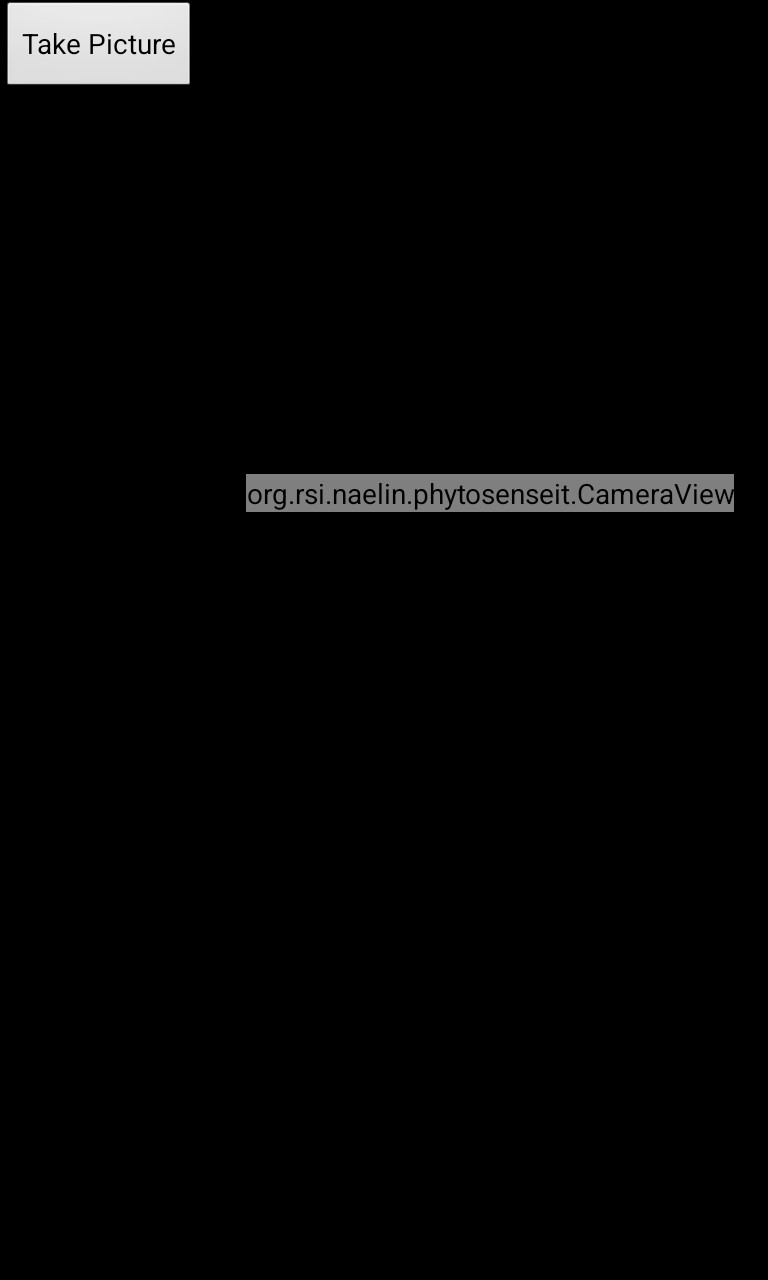
Repository: justnaelin/PhytoSenseIt-app
Layout: PhytoSenseIt/res/layout/activity_main.xml
The author's editor kept a copy of each file at every save. The layout is drawn from the files as they stood at one save, then again after the next save.
Pictures or frames that could not be fetched are drawn as grey boxes. It is drawn on a 768 x 1280 px phone screen (xhdpi) without system bars, with theme android:Theme.NoTitleBar.Fullscreen; the app's code is not run.

Above is the layout before, as saved 2015-07-29 17:43:58.

### PhytoSenseIt/res/layout/activity_main.xml
<?xml version="1.0" encoding="UTF-8"?>
<RelativeLayout xmlns:android="http://schemas.android.com/apk/res/android"
    xmlns:tools="http://schemas.android.com/tools"
    android:layout_width="match_parent"
    android:layout_height="match_parent" >

    <FrameLayout
        android:layout_width="wrap_content"
        android:layout_height="wrap_content"
        android:layout_below="@+id/take_photo_button"
        android:layout_marginLeft="24dp"
        android:layout_marginTop="189dp"
        android:layout_toRightOf="@+id/take_photo_button" >

        <org.rsi.naelin.phytosenseit.CameraView
            android:id="@+id/java_surface_view"
            android:layout_width="match_parent"
            android:layout_height="match_parent" />
    </FrameLayout>

    <ImageView
        android:id="@+id/image_view"
        android:layout_width="match_parent"
        android:layout_height="match_parent" />

    <Button
        android:id="@+id/take_photo_button"
        android:layout_width="wrap_content"
        android:layout_height="wrap_content"
        android:layout_gravity="center_horizontal"
        android:text="Take Picture" />
</RelativeLayout>

After the next save:
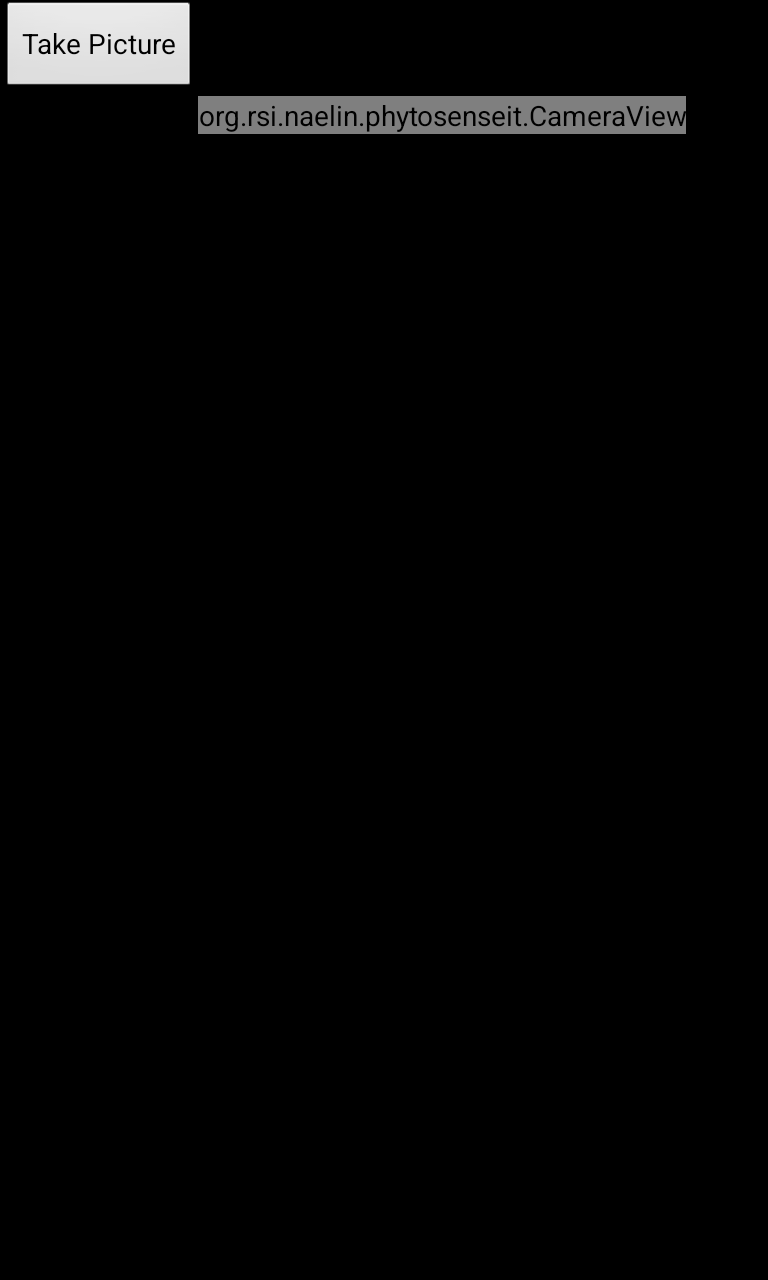
Saved 114 s later.
--- a/PhytoSenseIt/res/layout/activity_main.xml
+++ b/PhytoSenseIt/res/layout/activity_main.xml
@@ -8,8 +8,7 @@
         android:layout_width="wrap_content"
         android:layout_height="wrap_content"
         android:layout_below="@+id/take_photo_button"
-        android:layout_marginLeft="24dp"
-        android:layout_marginTop="189dp"
+        android:layout_gravity="center_horizontal"
         android:layout_toRightOf="@+id/take_photo_button" >
 
         <org.rsi.naelin.phytosenseit.CameraView
